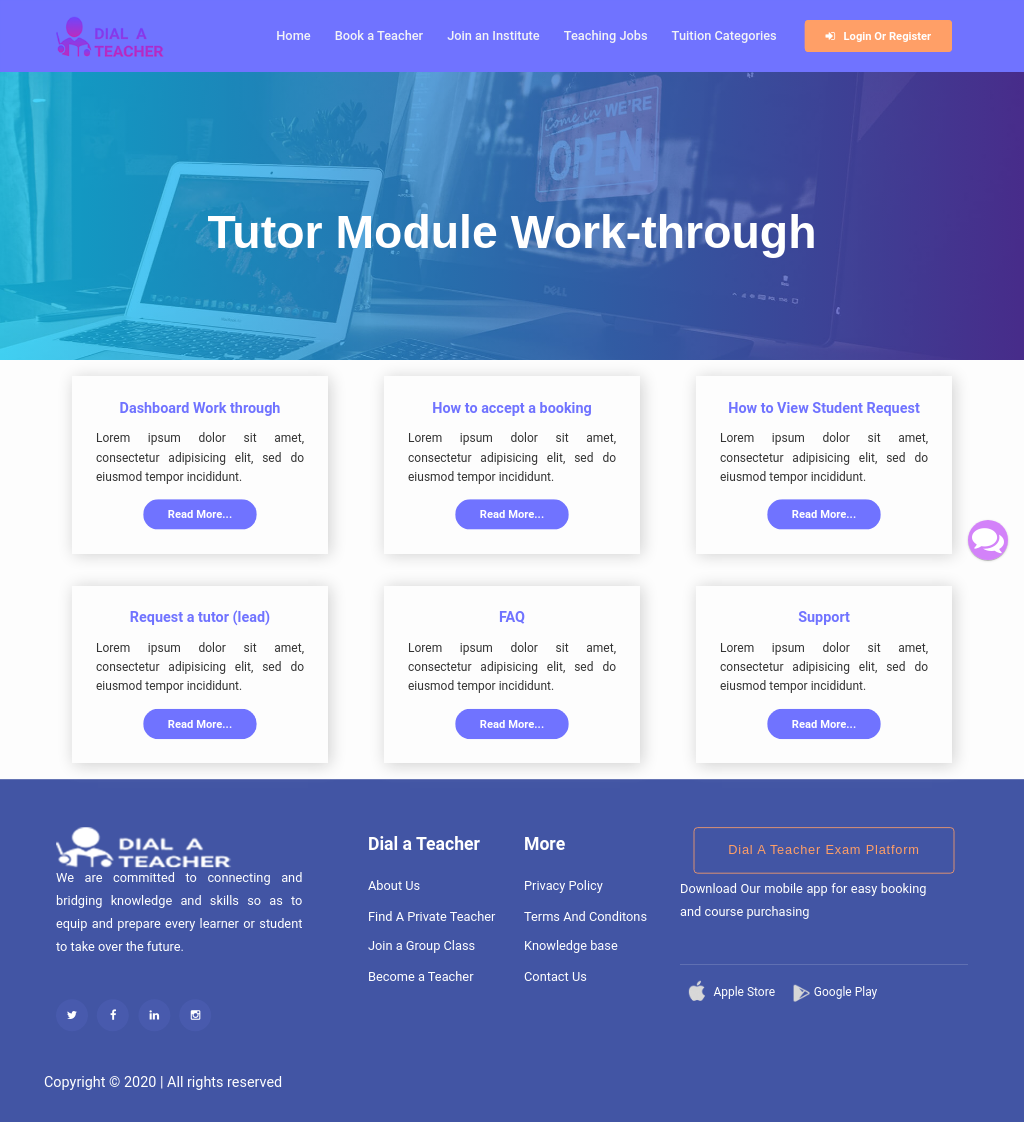
Repository: Samkiroko/DAT_knowledge
Page: ttdashboard.html
An editor plug-in stored every save of this project. The page is shown before and after the next save, followed by the edit.
The browser window is 1280 px wide. The pictures show the whole page, at 80% of full size.

Above is the page before, as saved 2020-12-14 16:19:47.
Console error: TypeError: e.indexOf is not a function

After the next save:
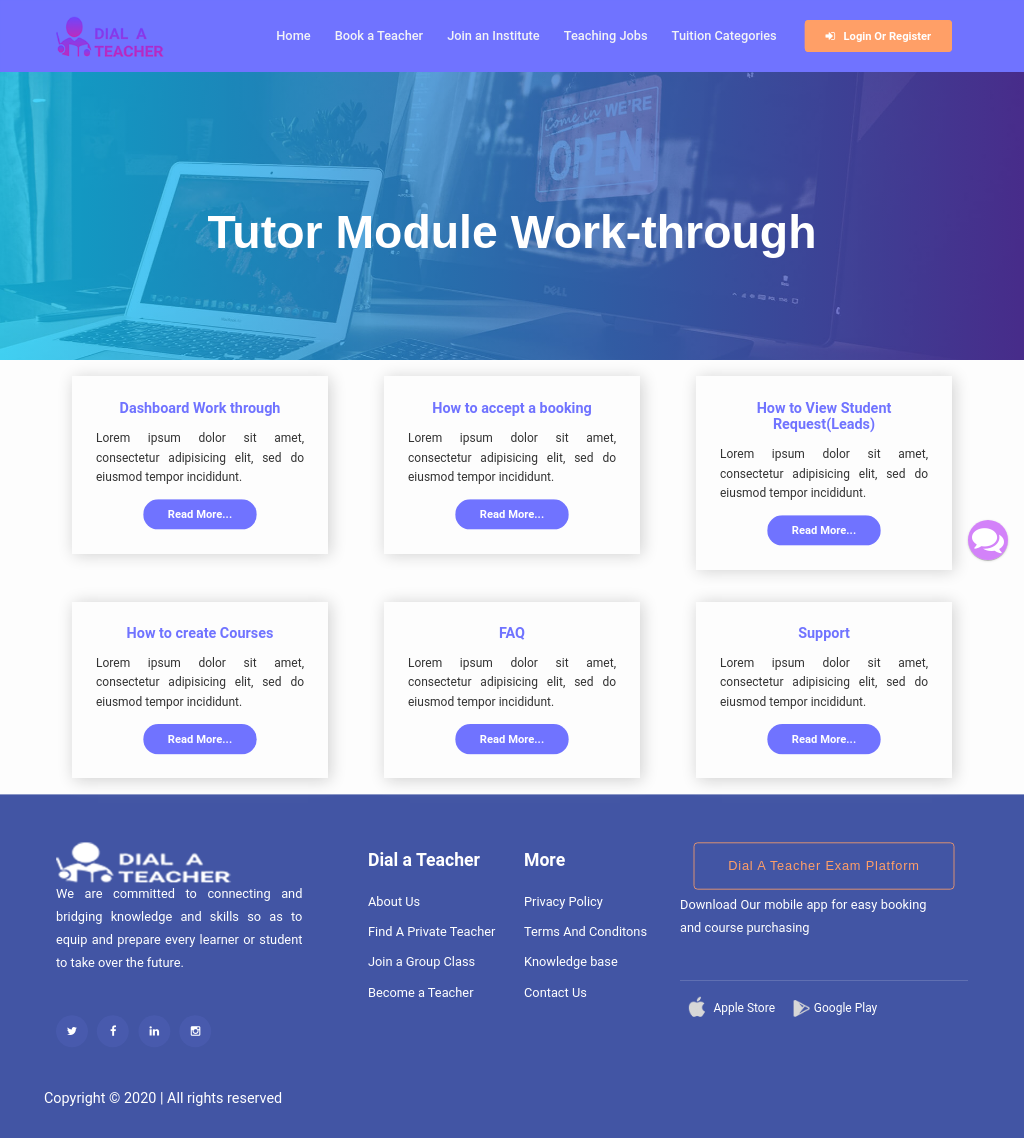
Saved 56 s later.
--- a/ttdashboard.html
+++ b/ttdashboard.html
@@ -125,7 +125,7 @@
           </div>
           <div class="col-lg-4 col-md-4 col-sm-6 col-xs-12">
             <a href="category.html" class="mwb-documentation-section__lists overflow" data-aos="flip-up">
-              <h3>How to View Student Request</h3>
+              <h3>How to View Student Request(Leads)</h3>
               <p>Lorem ipsum dolor sit amet, consectetur adipisicing elit, sed do eiusmod tempor
                 incididunt.</p>
               <button type="button" class="mwb-primary-btn mwb-documentation-section__btn">Read
@@ -134,7 +134,7 @@
           </div>
           <div class="col-lg-4 col-md-4 col-sm-6 col-xs-12">
             <a href="category.html" class="mwb-documentation-section__lists overflow" data-aos="flip-up">
-              <h3>Request a tutor (lead)</h3>
+              <h3>How to create Courses</h3>
               <p>Lorem ipsum dolor sit amet, consectetur adipisicing elit, sed do eiusmod tempor
                 incididunt.</p>
               <button type="button" class="mwb-primary-btn mwb-documentation-section__btn">Read
